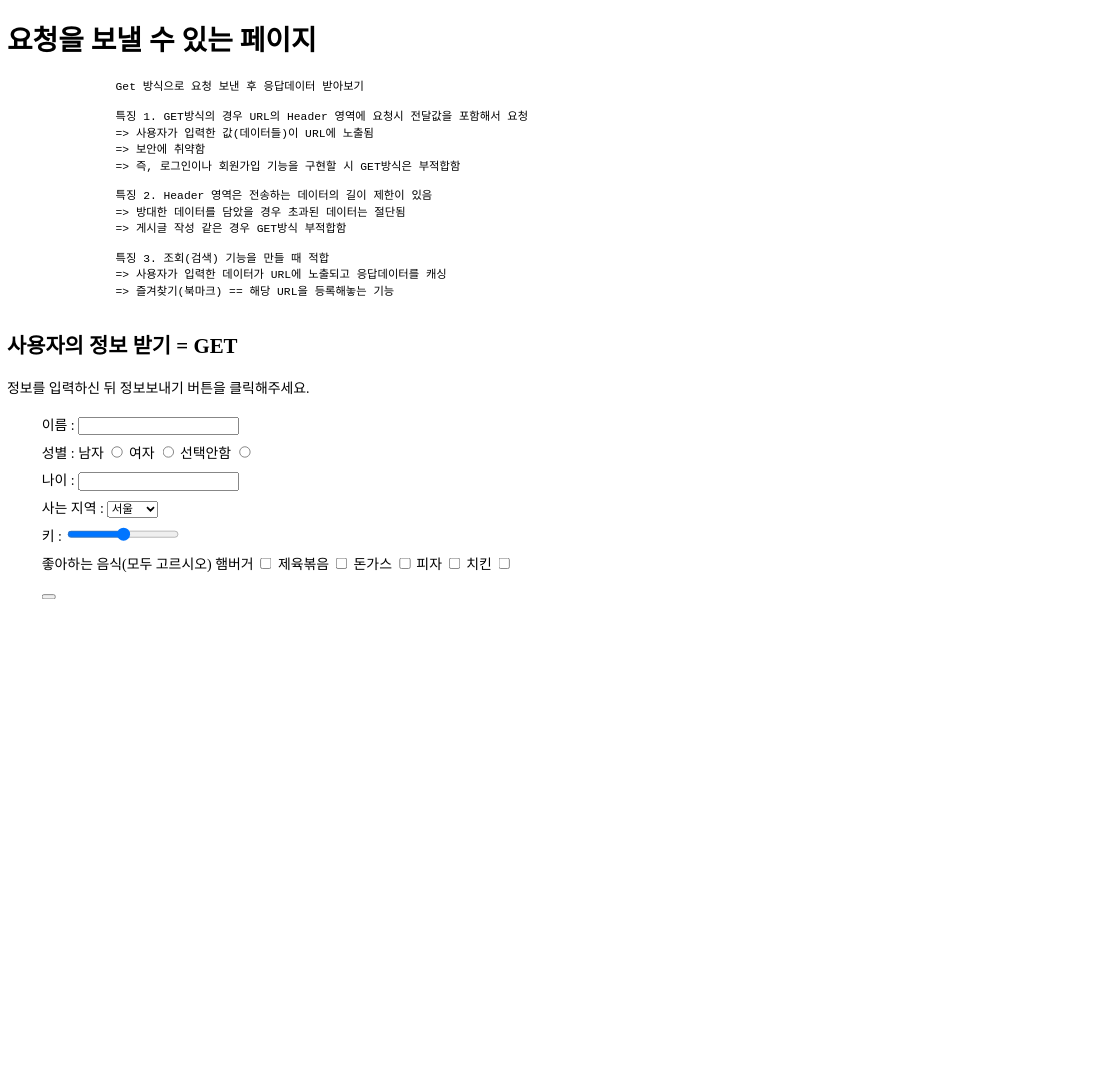
Repository: ghksl0204-shapa/dynamic-web
Page: MyFirstWebProject/src/main/webapp/views/request_post.html
These files come from the project's save history. The page is drawn as it stood at one moment and after the next save; the edit follows.
The browser window is 1280 px wide. The pictures show the whole page, at 87% of full size.

Above is the page before, as saved 2026-05-04 05:20:09.

After the next save:
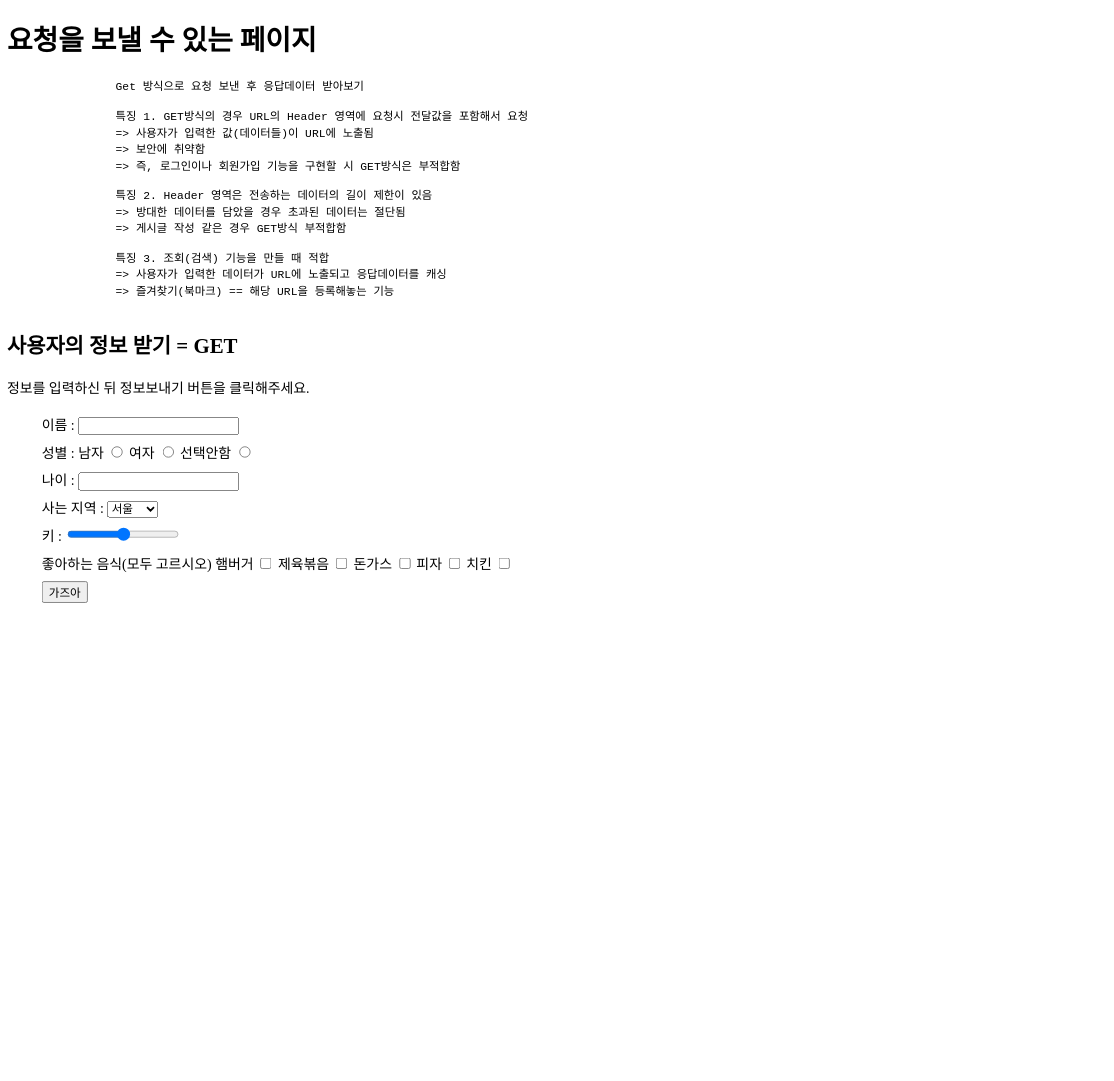
Saved 20 min 34 s later.
--- a/MyFirstWebProject/src/main/webapp/views/request_post.html
+++ b/MyFirstWebProject/src/main/webapp/views/request_post.html
@@ -34,7 +34,15 @@
 
 	<p>정보를 입력하신 뒤 정보보내기 버튼을 클릭해주세요.</p>
 
-	<form method="get">
+	<!--
+		form 태그 안에 존재하는 submit 타입의 버튼을 클릭시
+		form 태그의 속성 중 action 속성에 작성된 URL로 요철을 보냄!!!
+		Controller 로 요청을 보내야함 -> Servlet
+
+		http://localhost:8088/first
+	 -->
+
+	<form action="http://localhost:8088/first/first.do" method="get">
 		<ul>
 			<li>
 				이름 : <input type="text" name="name" />
@@ -67,7 +75,7 @@
 				치킨 <input type="checkbox" name="food" value="치킨" />
 			</li>
 			<li>
-				<button type="submit"></button>
+				<button type="submit">가즈아</button>
 			</li>
 		</ul>
 	</form>
